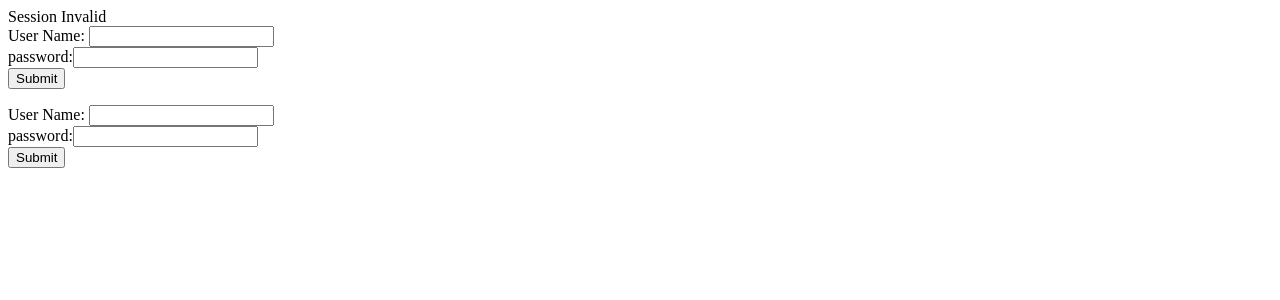
Repository: chetanchavan30/Optifyx
Page: http://localhost/OnlineExaminationSystem/view
The author's editor kept a copy of each file at every save. The page is drawn from the files as they stood at one save, then again after the next save.
The browser window is 1280 px wide. The pictures show the whole page.
The page is served by Tomcat 10. Other server files are loaded and not shown.

Above is the page before, as saved 2025-01-22 13:57:55.

### OnlineExaminationSystem/src/main/webapp/login.html
<!DOCTYPE html>
<html>
<head>
<meta charset="UTF-8">
<title>Insert title here</title>
</head>
<body>
	<form action="login" method="POST">
		User Name: <input type="text" name ="username"><br>
		password:<input type="password" name="password"><br>
		<input type="submit">
	</form>
</body>
</html>

### OnlineExaminationSystem/src/main/java/controller/ViewProfileServlet.java
package controller;

import java.io.IOException;
import java.io.PrintWriter;

import bean.User;
import jakarta.servlet.RequestDispatcher;
import jakarta.servlet.ServletException;
import jakarta.servlet.annotation.WebServlet;
import jakarta.servlet.http.HttpServlet;
import jakarta.servlet.http.HttpServletRequest;
import jakarta.servlet.http.HttpServletResponse;
import jakarta.servlet.http.HttpSession;


@WebServlet("/view")
public class ViewProfileServlet extends HttpServlet {


	protected void doGet(HttpServletRequest request, HttpServletResponse response) throws ServletException, IOException {
		HttpSession hs = request.getSession(false);
		response.setContentType("text/html");
		PrintWriter pw = response.getWriter();
		if(hs==null) {
			pw.println("Session Invalid");
			RequestDispatcher rd = request.getRequestDispatcher("login.html");
			rd.include(request, response);
		}
		else {
			User u = (User)hs.getAttribute("user");
			pw.println("<br> Profile <br>");
			pw.println("User Name : "+u.getUserName()+"<br>");
			pw.println("Email : "+u.getEmail()+"<br>");
			pw.println("Password : "+u.getPassword()+"<br>");
		}

		RequestDispatcher rd = request.getRequestDispatcher("login.html");
		rd.include(request, response);


	}

	protected void doPost(HttpServletRequest request, HttpServletResponse response) throws ServletException, IOException {

	}

}

After the next save:
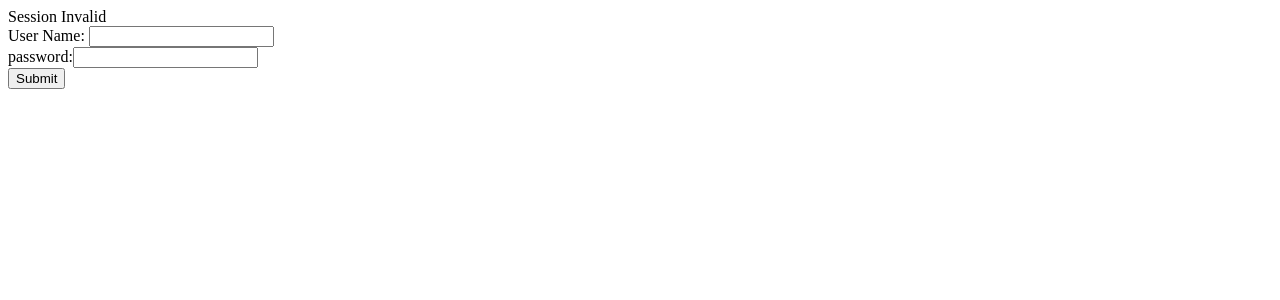
Saved 75 s later.
--- a/OnlineExaminationSystem/src/main/java/controller/ViewProfileServlet.java
+++ b/OnlineExaminationSystem/src/main/java/controller/ViewProfileServlet.java
@@ -34,9 +34,9 @@ public class ViewProfileServlet extends HttpServlet {
 			pw.println("Password : "+u.getPassword()+"<br>");
 		}
 
-		RequestDispatcher rd = request.getRequestDispatcher("login.html");
-		rd.include(request, response);
-
+//		RequestDispatcher rd = request.getRequestDispatcher("login.html");
+//		rd.include(request, response);
+//
 
 	}
 
